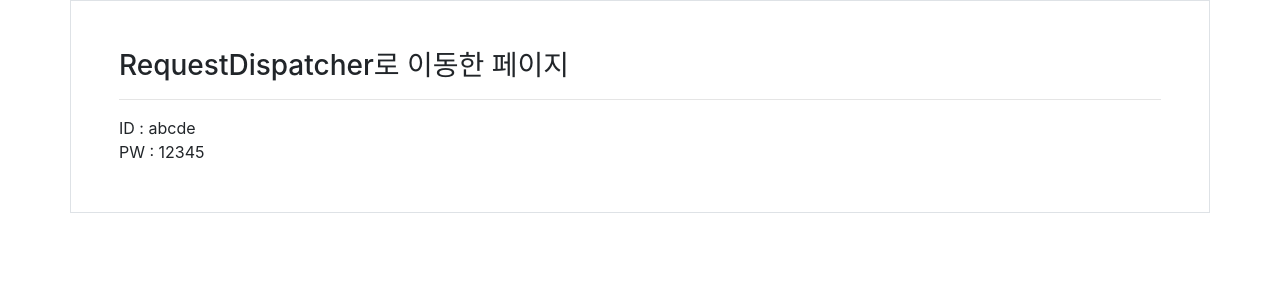
Repository: rasz60/ezen
Page: http://localhost/jsp_servlet_23_ex01/DEx
These files come from the project's save history. The page is drawn as it stood at one moment and after the next save; the edit follows.
The browser window is 1280 px wide. The pictures show the whole page.
Some web libraries are served in a nearby version. The page is served by Tomcat 9.

Above is the page before, as saved 2022-02-14 05:42:55.

### 04_jsp_servlet-workspace/jsp_servlet_23_ex01/src/main/webapp/dispatcherJSP.jsp
<%@ page language="java" contentType="text/html; charset=UTF-8"
    pageEncoding="UTF-8"%>
<%@ taglib prefix="c" uri="http://java.sun.com/jsp/jstl/core" %>
<%@ taglib prefix="fmt" uri="http://java.sun.com/jsp/jstl/fmt" %>
<%@ taglib prefix="sql" uri="http://java.sun.com/jsp/jstl/sql" %>
<%@ taglib prefix="x" uri="http://java.sun.com/jsp/jstl/xml" %>
<%@ taglib prefix="fn" uri="http://java.sun.com/jsp/jstl/functions" %>

<!DOCTYPE html>
<html lang="ko">
<head>
<meta charset="UTF-8">
<meta name="viewport" content="width=device-width, initial-scale=1">
<link rel="stylesheet" href="https://cdn.jsdelivr.net/npm/bootstrap@4.6.1/dist/css/bootstrap.min.css">
<link rel="stylesheet" href="https://pro.fontawesome.com/releases/v5.10.0/css/all.css"
	  integrity="sha384-AYmEC3Yw5cVb3ZcuHtOA93w35dYTsvhLPVnYs9eStHfGJvOvKxVfELGroGkvsg+p"
	  crossorigin="anonymous"/>
<script src="https://ajax.googleapis.com/ajax/libs/jquery/3.5.1/jquery.min.js"></script>
<script src="https://cdn.jsdelivr.net/npm/popper.js@1.16.1/dist/umd/popper.min.js"></script>
<script src="https://cdn.jsdelivr.net/npm/bootstrap@4.6.1/dist/js/bootstrap.bundle.min.js"></script>
<title>Request Dispatcher Forward 사용</title>
</head>

<body>
<div class="container border p-5">
	<h3>RequestDispatcher로 이동한 페이지</h3>
	<hr />
	ID : ${requestScope.id}<br />
	PW : ${requestScope.pwd}<br />
</div>
</body>
</html>

### 04_jsp_servlet-workspace/jsp_servlet_23_ex01/src/main/java/com/wvwv/ch26_ex01/DispatcherEx.java
package com.wvwv.ch26_ex01;

import java.io.IOException;

import javax.servlet.RequestDispatcher;
import javax.servlet.ServletException;
import javax.servlet.annotation.WebServlet;
import javax.servlet.http.HttpServlet;
import javax.servlet.http.HttpServletRequest;
import javax.servlet.http.HttpServletResponse;

/**
 * Servlet implementation class DispatcherEx
 */
@WebServlet("/DEx")
public class DispatcherEx extends HttpServlet {
	private static final long serialVersionUID = 1L;

    /**
     * @see HttpServlet#HttpServlet()
     */
    public DispatcherEx() {
        super();
    }

	/**
	 * @see HttpServlet#doGet(HttpServletRequest request, HttpServletResponse response)
	 */
	protected void doGet(HttpServletRequest request, HttpServletResponse response) throws ServletException, IOException {
		System.out.println("doGet()");
		actionDo(request, response);
	}

	/**
	 * @see HttpServlet#doPost(HttpServletRequest request, HttpServletResponse response)
	 */
	protected void doPost(HttpServletRequest request, HttpServletResponse response) throws ServletException, IOException {
		doGet(request, response);
	}

	protected void actionDo(HttpServletRequest request, HttpServletResponse response) throws ServletException, IOException {
		System.out.println("actionDo()");
		request.setAttribute("id", "abcde");
		request.setAttribute("pwd", "12345");

		// RequestDispatcher 객체에 이동할 페이지의 url를 입력
		RequestDispatcher dispatcher = request.getRequestDispatcher("/dispatcherJSP.jsp");

		// getRequestDispatcher()로 지정한 url로 request, response 객체 값을 가지고 이동하기 때문에, 이동한 페이지에서 추가한 속성을(setAttribute()) 사용할 수 있다.
		dispatcher.forward(request, response);
	}

}

After the next save:
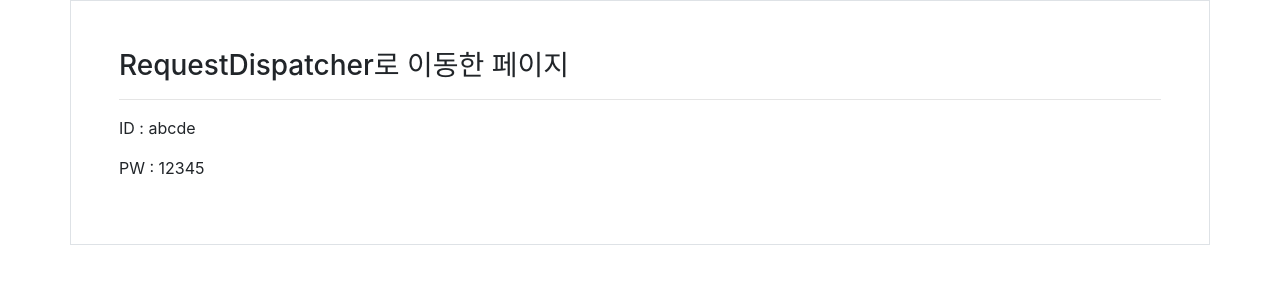
Saved 44 s later.
--- a/04_jsp_servlet-workspace/jsp_servlet_23_ex01/src/main/webapp/dispatcherJSP.jsp
+++ b/04_jsp_servlet-workspace/jsp_servlet_23_ex01/src/main/webapp/dispatcherJSP.jsp
@@ -25,8 +25,8 @@
 <div class="container border p-5">
 	<h3>RequestDispatcher로 이동한 페이지</h3>
 	<hr />
-	ID : ${requestScope.id}<br />
-	PW : ${requestScope.pwd}<br />
+	<p>ID : ${requestScope.id}</p>
+	<p>PW : ${requestScope.pwd}</p>
 </div>
 </body>
 </html>
